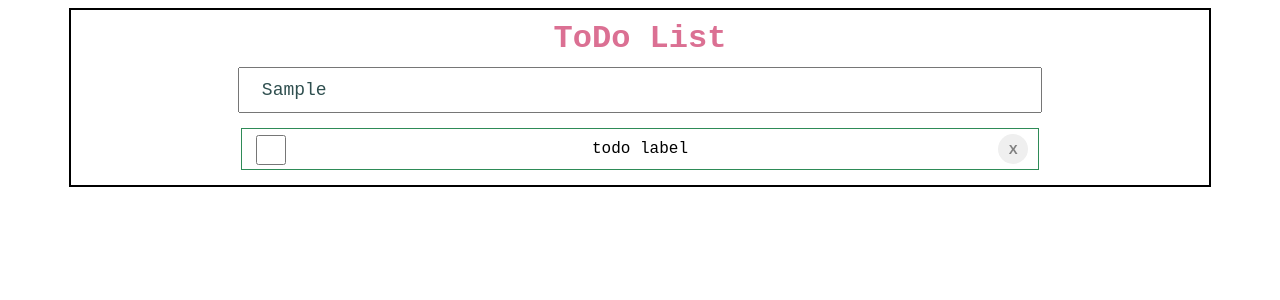
Repository: litalsh/To-Do-List
Page: index.html
These files come from the project's save history. The page is drawn as it stood at one moment and after the next save; the edit follows.
The browser window is 1280 px wide. The pictures show the whole page.
Empty fields were first filled with sample values (such as "Sample", 5 or name@example.com).
After loading, the first visible `button.remove` was clicked once.

Above is the page before, as saved 2019-10-26 17:07:10.

### index.html
<!DOCTYPE html>
<html lang="en">

<head>
    <meta charset="UTF-8">
    <meta name="viewport" content="width=device-width, initial-scale=1.0">
    <meta http-equiv="X-UA-Compatible" content="ie=edge">
    <link rel="stylesheet" href="style.css">
    <title>ToDo List</title>
</head>

<body>
    <div class="container">
        <header>
            <h1>ToDo List</h1>
            <input type="text" id="todo_input" placeholder="What needs to be done?" value="">
        </header>
        <ul class="todo_list">
            <li class="todo_item">
                <input type="checkbox" class="checked">
                <label>todo label</label>
                <button class="remove">X</button>
            </li>
        </ul>
    </div>


    <script src="script.js"></script>
</body>

</html>

### style.css
body{
    font-family: 'Courier New', Courier, monospace;
  }

  .container{
    width: 90%;
    margin: 0 auto;
    border: 2px solid black;
    text-align: center;
  }

  header > h1{
    color: palevioletred;
    margin: 10px auto;
  }

  #todo_input{
    width: 70%;
    line-height: 40px;
    text-indent: 20px;
    font-family: 'Courier New', Courier, monospace;
    font-size: 18px;
    color: darkslategrey;

  }

 #todo_input::placeholder{
    font-style: italic;
    font-size: 18px;
    color: lightblue;
    font-family: 'Courier New', Courier, monospace;

  }

  .todo_list{
    list-style: none;
    padding: 0;
  }

  .todo_item{
      border: 1px solid seagreen;
      width: 70%;
      line-height: 40px;
      margin: -1px auto;
      position: relative;
  }

  .checked{
      width: 30px;
      height: 30px;
      position: absolute;
      top: 44%;
      left: 10px;;
      transform: translateY(-50%);
  }

  .remove{
    width: 30px;
    height: 30px;
    position: absolute;
    top: 50%;
    right: 10px;;
    transform: translateY(-50%);
    border-radius:50%;
    border: none;
    font-weight: bold;
    color: gray;
  }

### script.js
function newTodo(){
    let todoList = document.querySelector('.todo_list'),
        newTodoItem = document.createElement('li'),
        todoCheckbox = document.createElement('input'),
        todoLabel = document.createElement('label'),
        todoRemove = document.createElement('button');

        newTodoItem.classList.add('todo_item');
        todoList.appendChild(newTodoItem);
        todoCheckbox.classList.add('checked');
        todoCheckbox.type = 'checkbox';
        todoRemove.classList.add('remove');
        todoRemove.textContent = 'X';
        todoLabel.textContent = todoInput.value;

        newTodoItem.append(todoCheckbox, todoLabel, todoRemove);
}

const todoInput = document.querySelector('#todo_input');

todoInput.addEventListener('keyup', function(event) {
    if (event.keyCode === 13 && todoInput.value != '') {
      createNewTodo();
    }
    })

function createNewTodo(){
    newTodo();
    todoInput.value = "";
}

const removeBtns = document.querySelectorAll('.remove')
for (const removeBtn of removeBtns) {
    removeBtn.addEventListener('click', function(event) {

  })
}

After the next save:
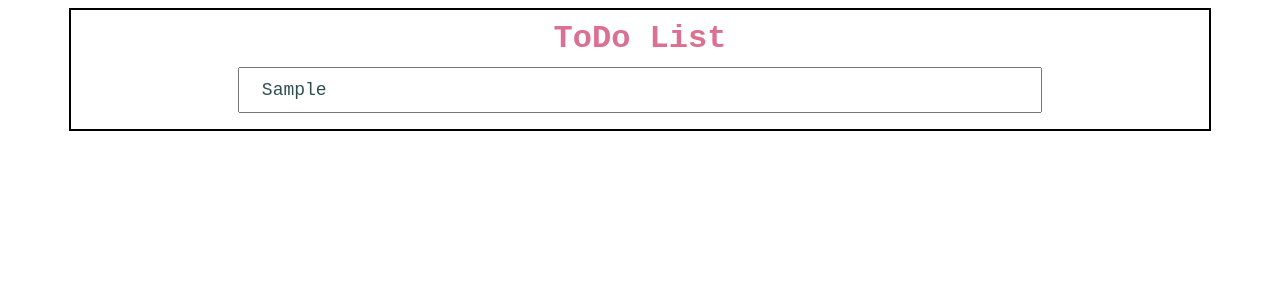
Saved 88 s later.
--- a/script.js
+++ b/script.js
@@ -32,6 +32,6 @@ function createNewTodo(){
 const removeBtns = document.querySelectorAll('.remove')
 for (const removeBtn of removeBtns) {
     removeBtn.addEventListener('click', function(event) {
-
+        event.currentTarget.parentNode.remove();
   })
 }
